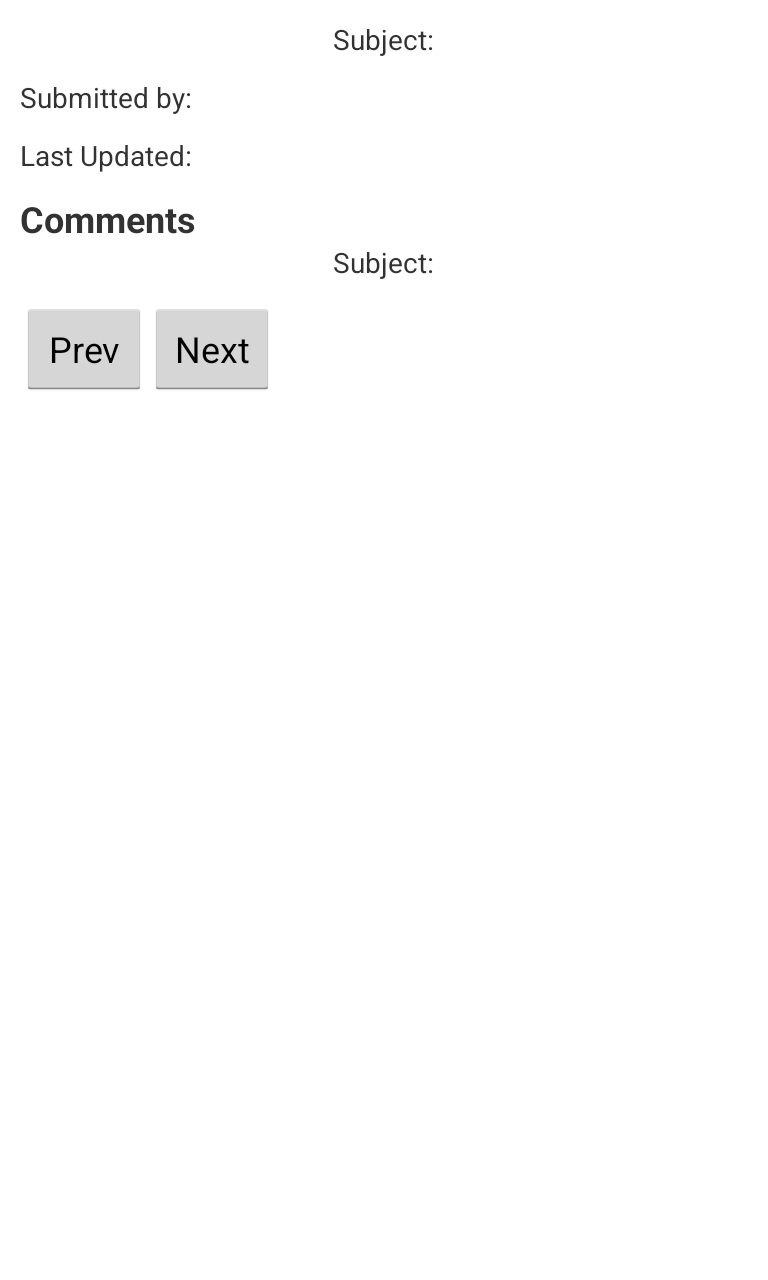
Repository: Pradeep-appstute/First
Layout: Control/res/layout/ticketdetails_view.xml
The author's editor kept a copy of each file at every save. The layout is drawn from the files as they stood at one save, then again after the next save.
It is drawn on a 768 x 1280 px phone screen (xhdpi) without system bars, with theme AppTheme; the app's code is not run. Lists and similar views that code fills are empty.

Above is the layout before, as saved 2014-02-28 09:35:13.

### Control/res/layout/ticketdetails_view.xml
<?xml version="1.0" encoding="utf-8"?>
<LinearLayout xmlns:android="http://schemas.android.com/apk/res/android"
    android:layout_width="match_parent"
    android:layout_height="match_parent"
    android:orientation="vertical"
    android:padding="10dip" >

    <LinearLayout
        android:layout_width="match_parent"
        android:layout_height="wrap_content"
        android:layout_marginBottom="10dp"
        android:gravity="center_horizontal"
        android:orientation="horizontal" >

        <TextView
            android:layout_width="wrap_content"
            android:layout_height="wrap_content"
            android:text="@string/ticketdetails_subject" />

        <TextView
            android:id="@+id/textViewSubjectValue"
            android:layout_width="wrap_content"
            android:layout_height="wrap_content"
            android:text="" />
    </LinearLayout>

    <LinearLayout
        android:layout_width="match_parent"
        android:layout_height="wrap_content"
        android:layout_marginBottom="10dp"
        android:orientation="horizontal" >

        <TextView
            android:layout_width="wrap_content"
            android:layout_height="wrap_content"
            android:text="@string/ticketdetails_submittedby" />

        <TextView
            android:id="@+id/textViewSubmittedByValue"
            android:layout_width="wrap_content"
            android:layout_height="wrap_content"
            android:text="" />
    </LinearLayout>

    <LinearLayout
        android:layout_width="match_parent"
        android:layout_height="wrap_content"
        android:layout_marginBottom="10dp"
        android:orientation="horizontal" >

        <TextView
            android:layout_width="wrap_content"
            android:layout_height="wrap_content"
            android:text="@string/ticketdetails_lastupdated" />

        <TextView
            android:id="@+id/textViewLastUpdatedValue"
            android:layout_width="wrap_content"
            android:layout_height="wrap_content"
            android:text="" />
    </LinearLayout>

    <TextView
        android:layout_width="wrap_content"
        android:layout_height="wrap_content"
        android:text="@string/ticketdetails_comments"
        android:textSize="18dip"
        android:textStyle="bold" />

    <ListView
        android:id="@+id/listViewComment"
        android:layout_width="match_parent"
        android:layout_height="wrap_content" >
    </ListView>

    <LinearLayout
        android:layout_width="match_parent"
        android:layout_height="wrap_content"
        android:layout_marginBottom="10dp"
        android:gravity="center_horizontal"
        android:orientation="horizontal" >

        <TextView
            android:layout_width="wrap_content"
            android:layout_height="wrap_content"
            android:text="@string/ticketdetails_subject" />

        <TextView
            android:id="@+id/textViewSubjectValue"
            android:layout_width="wrap_content"
            android:layout_height="wrap_content"
            android:text="" />
    </LinearLayout>

    <LinearLayout
        android:layout_width="match_parent"
        android:layout_height="wrap_content"
        android:layout_marginBottom="10dp"
        android:orientation="horizontal" >

        <Button
            android:layout_width="wrap_content"
            android:layout_height="wrap_content"
            android:text="@string/ticketdetails_prev" />

        <Button
            android:id="@+id/textViewSubmittedByValue"
            android:layout_width="wrap_content"
            android:layout_height="wrap_content"
            android:text="@string/ticketdetails_next" />
    </LinearLayout>

</LinearLayout>

### Control/res/values/strings.xml
<?xml version="1.0" encoding="utf-8"?>
<resources>

    <string name="app_name">Control</string>
    <string name="action_settings">Settings</string>
    <string name="Login">Login</string>
    <string name="forgotusername">Forgot Username</string>
    <string name="forgotpassword">Forgot Password</string>

    <!-- AlertDialog -->
    <string name="ok">OK</string>
    <string name="yes">YES</string>
    <string name="no">NO</string>
    <!-- Slider Menu -->
    <string name="emptystring">Control</string>
    <string name="textViewListHeaderMSG">MASERGY</string>

    <!-- Submit Screen -->
    <string name="name">Name:</string>
    <string name="email">Email:</string>
    <string name="phone">Phone:</string>
    <string name="subject">Subject:</string>
    <string name="bundle">Bundle:</string>
    <string name="description">Description:</string>
    <string name="createticket">Create Tciket</string>

    <!-- Ticket Detail Screen -->
    <string name="ticketdetails_subject">Subject:</string>
    <string name="ticketdetails_submittedby">Submitted by:</string>
    <string name="ticketdetails_lastupdated">Last Updated:</string>
    <string name="ticketdetails_comments">Comments</string>
    <string name="ticketdetails_next">Next</string>
    <string name="ticketdetails_prev">Prev</string>

</resources>

Loaded but not shown: Control/res/values/styles.xml (common file); Control/res/values-v11/styles.xml (common file); Control/res/values-v14/styles.xml (common file)

After the next save:
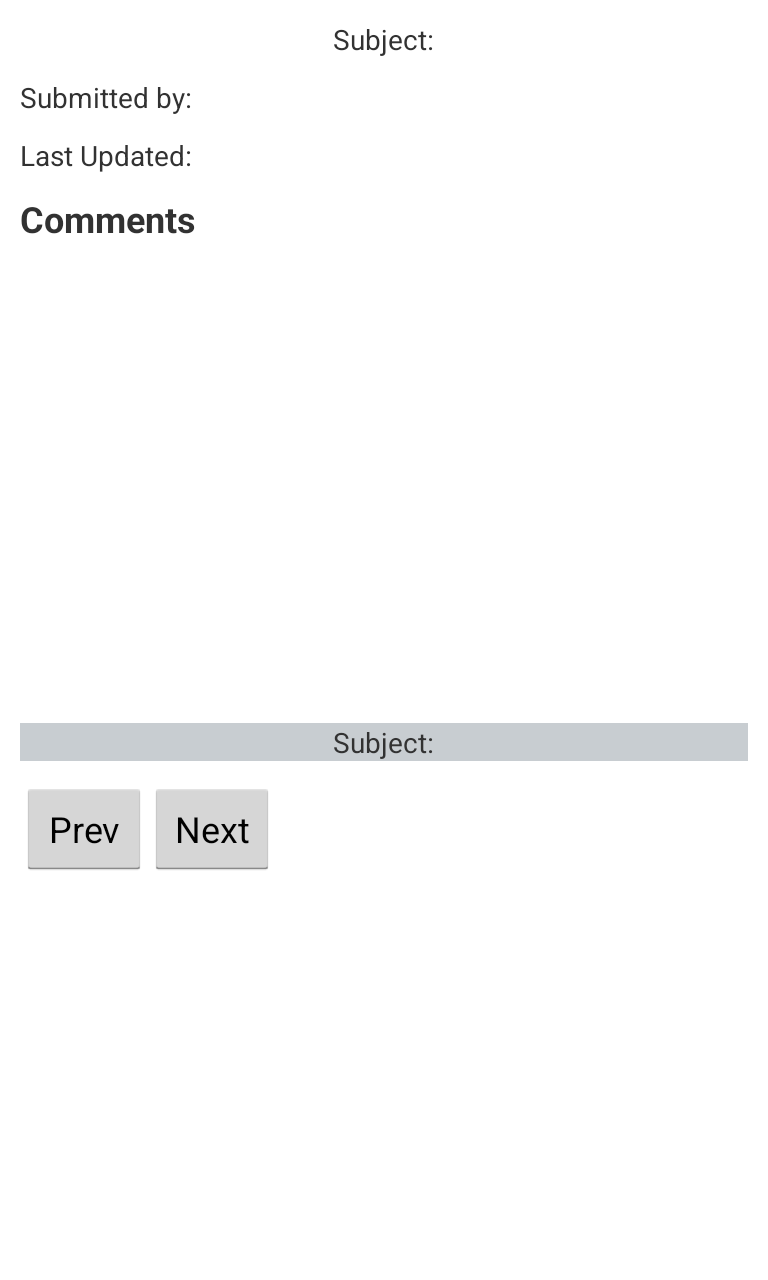
Saved 3 min 0 s later.
--- a/Control/res/layout/ticketdetails_view.xml
+++ b/Control/res/layout/ticketdetails_view.xml
@@ -70,7 +70,7 @@
     <ListView
         android:id="@+id/listViewComment"
         android:layout_width="match_parent"
-        android:layout_height="wrap_content" >
+        android:layout_height="240dp" >
     </ListView>
 
     <LinearLayout
@@ -78,7 +78,9 @@
         android:layout_height="wrap_content"
         android:layout_marginBottom="10dp"
         android:gravity="center_horizontal"
-        android:orientation="horizontal" >
+        android:orientation="horizontal"
+        android:background="#4345"
+         >
 
         <TextView
             android:layout_width="wrap_content"
